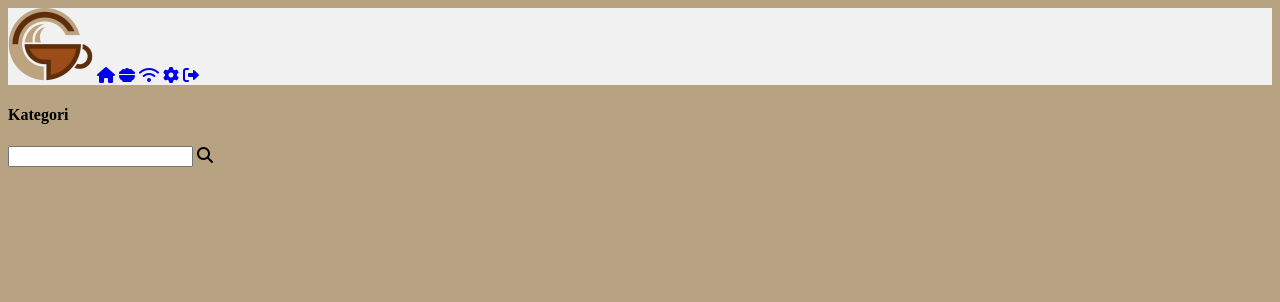
Repository: DanielChuaaa/sbd2
Page: index.html
These files come from the project's save history. The page is drawn as it stood at one moment and after the next save; the edit follows.
The browser window is 1280 px wide. The pictures show the whole page.
Some web libraries are served in a nearby version.

Above is the page before, as saved 2023-10-20 09:53:22.

After the next save:
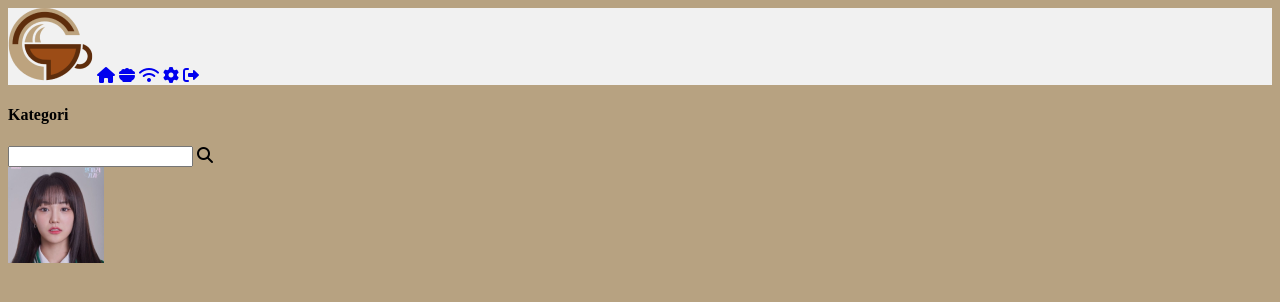
Saved 77 s later.
--- a/index.html
+++ b/index.html
@@ -32,6 +32,12 @@
                     <input type="text" name="text" id="text">
                     <i class="fa-solid fa-magnifying-glass"></i>
                 </div>
+
+                <div class="menu"></div>
+            </div>
+
+            <div class="order">
+                <img src="/assets/g_8___8_idola_cantik_berbakat_alumni_sm_entertainment_yang_sudah_debut_di_girlgroup_agensi_lain_p_eks_sm_trainee-20220408-001-non_fotografer_kly 1.png" alt="">
             </div>
         </div>
     </div>
